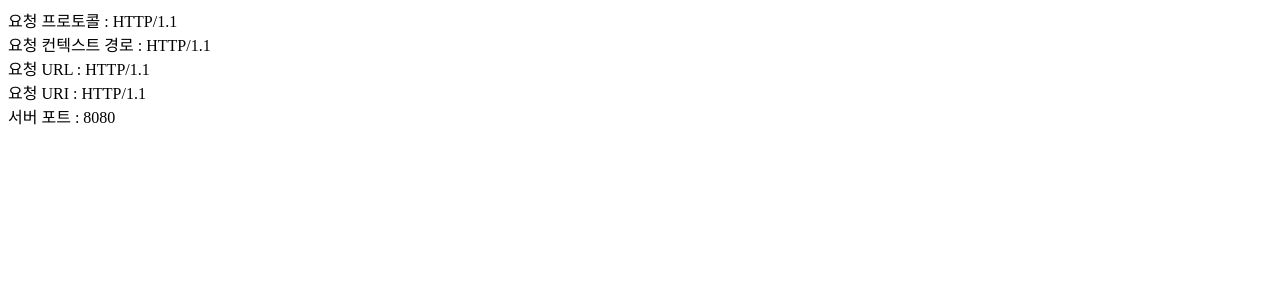
Repository: JongMin22/jsp.practice
Page: http://localhost/JSPBasic/JspObject/1.requests/req_info.jsp
An editor plug-in stored every save of this project. The page is shown before and after the next save, followed by the edit.
The browser window is 1280 px wide. The pictures show the whole page.
The page is served by Tomcat 9.

Above is the page before, as saved 2022-02-03 05:12:04.

After the next save:
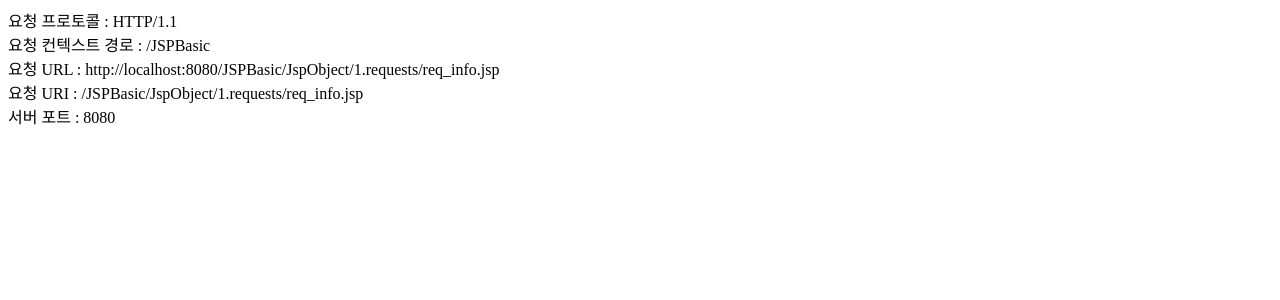
Saved 28 s later.
--- a/JSPBasic/src/main/webapp/JspObject/1.requests/req_info.jsp
+++ b/JSPBasic/src/main/webapp/JspObject/1.requests/req_info.jsp
@@ -17,9 +17,9 @@
 </head>
 <body>
 	요청 프로토콜 : <%= protocol %><br/>
-	요청 컨텍스트 경로 : <%= protocol %><br/>
-	요청 URL : <%= protocol %><br/>
-	요청 URI : <%= protocol %><br/>
+	요청 컨텍스트 경로 : <%= conPath %><br/>
+	요청 URL : <%= reqUrl %><br/>
+	요청 URI : <%= reqUri %><br/>
 	서버 포트 : <%= serverPort %><br/>
 
 </body>
